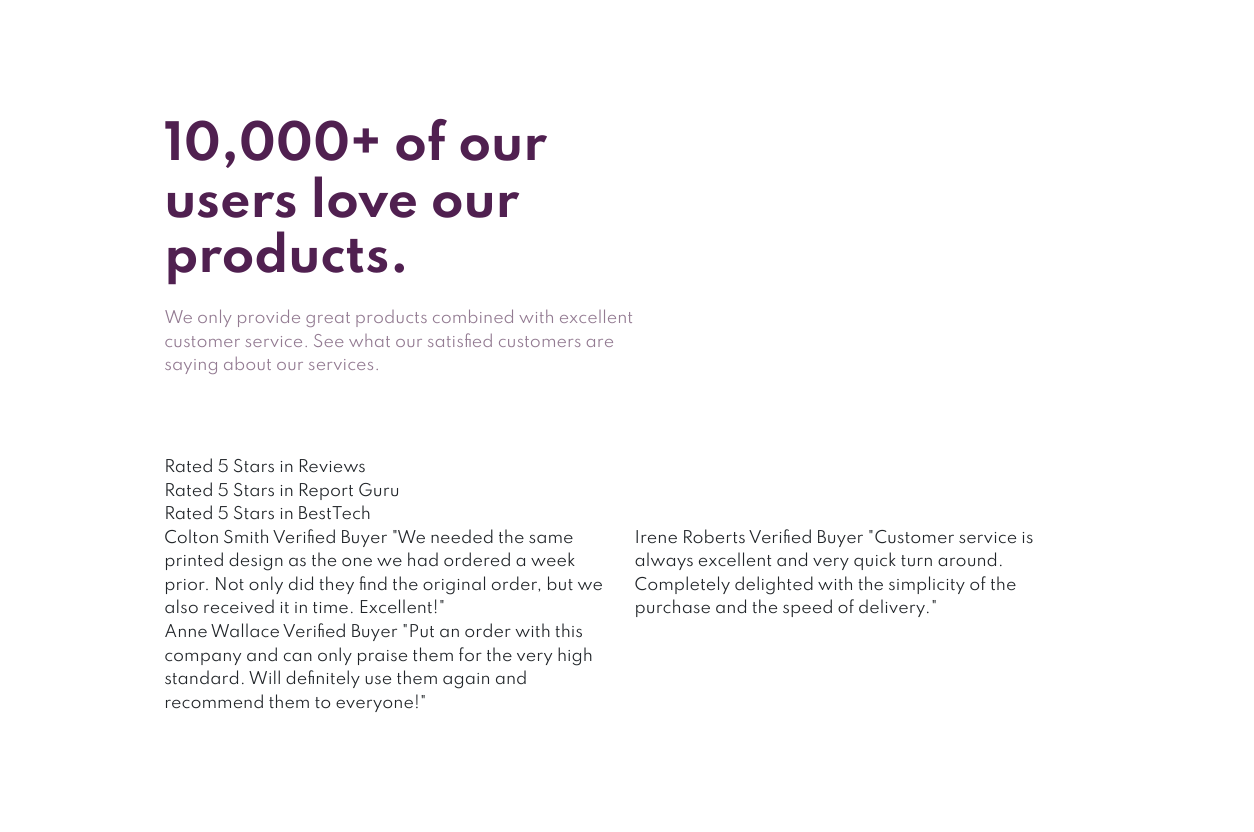
Repository: metehankasapp/social-proof-section-master
Page: index.html
An editor plug-in stored every save of this project. The page is shown before and after the next save, followed by the edit.
The browser window is 1280 px wide. The pictures show the whole page, at 98% of full size.
Some web libraries are served in a nearby version.

Above is the page before, as saved 2021-12-05 08:01:14.

After the next save:
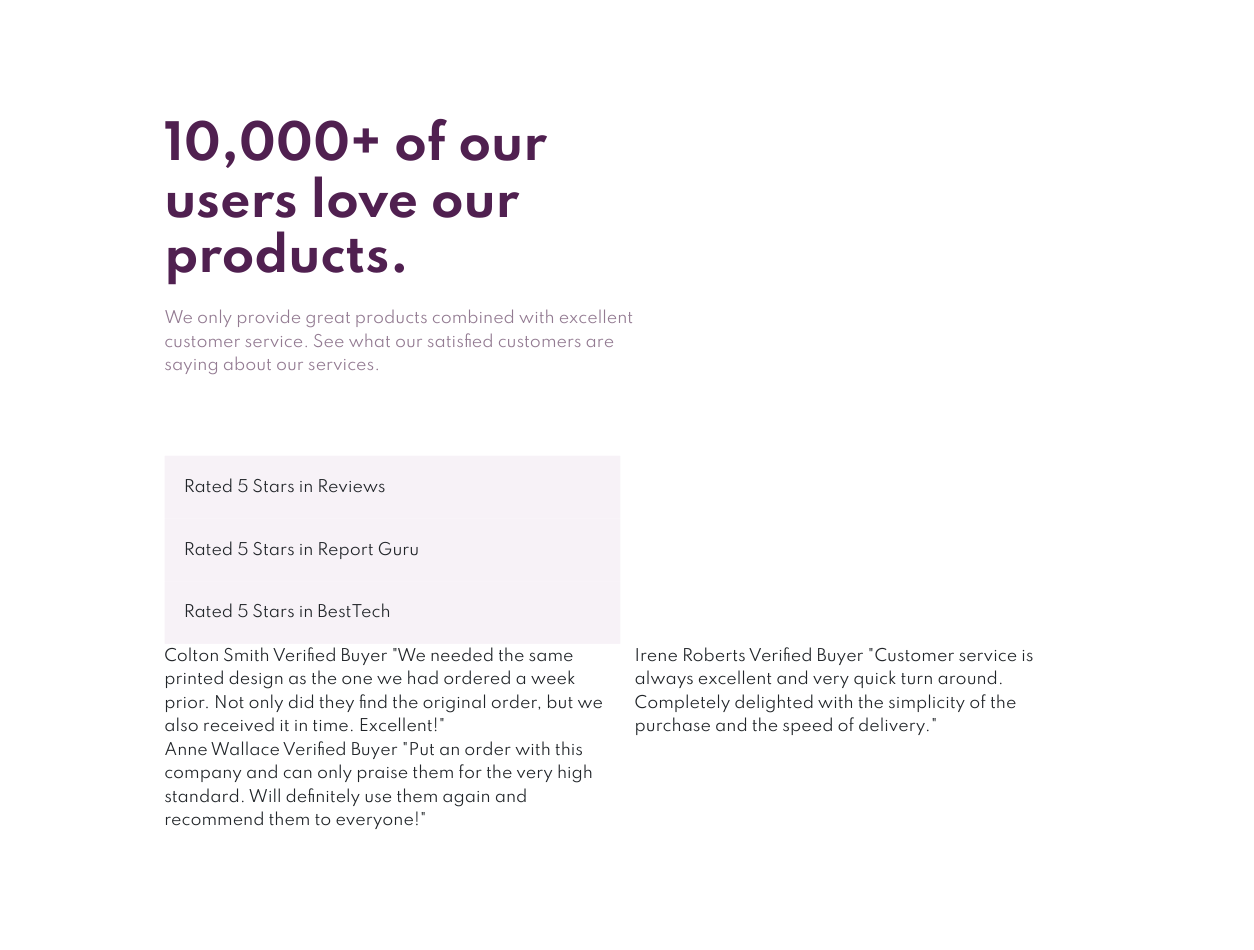
Saved 49 s later.
--- a/style.css
+++ b/style.css
@@ -35,3 +35,8 @@ body{
     font-size: 16px;
     color: hsl(303, 10%, 53%);
 }
+
+.rate-container{
+    padding: 2rem;
+    background-color: hsl(300, 24%, 96%);
+}
